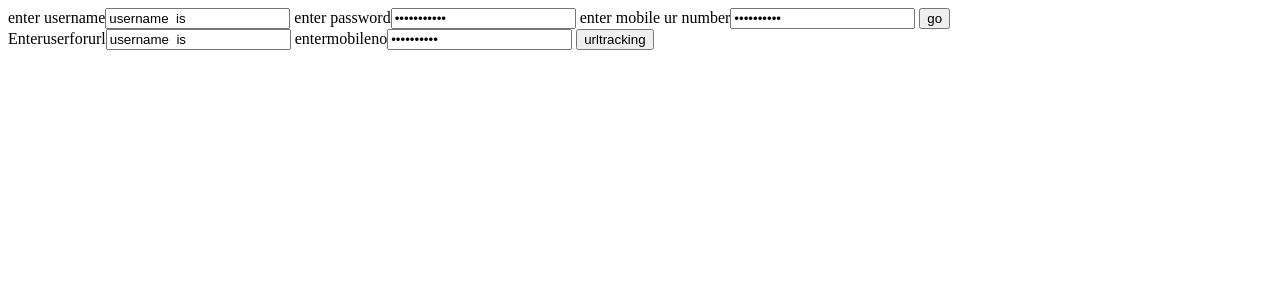
Repository: heenasalim/Java_Script
Page: HtttpSession/WebContent/LoginWithCookie.html
An editor plug-in stored every save of this project. The page is shown before and after the next save, followed by the edit.
The browser window is 1280 px wide. The pictures show the whole page.

Above is the page before, as saved 2015-10-14 09:27:20.

After the next save:
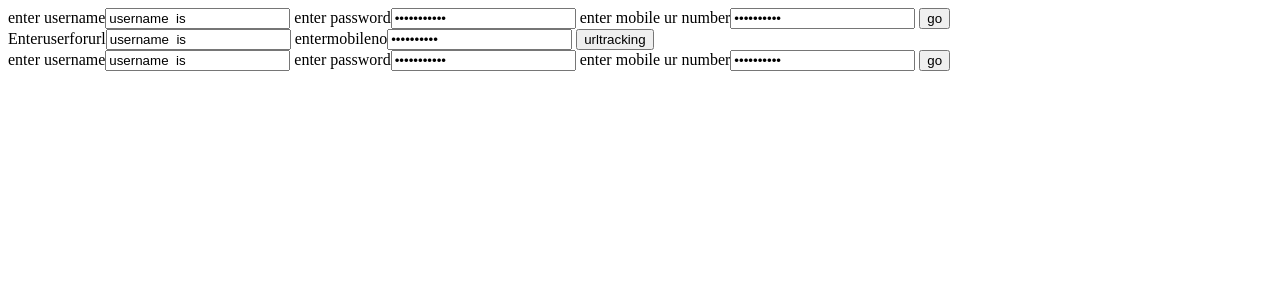
Saved 32 s later.
--- a/HtttpSession/WebContent/LoginWithCookie.html
+++ b/HtttpSession/WebContent/LoginWithCookie.html
@@ -16,5 +16,11 @@ Enteruserforurl<input  type="text"   name="user"  value="username  is"/>
 entermobileno<input  type="password"   name="mob"   value="9075890920"/>
 <input  type="submit"    name= "submit"   value="urltracking"/>
 </form>
+<form  action="Cookie1"  method="post">
+enter  username<input  type="text"   name="user"   value="username  is"/>
+enter   password<input  type="password"  name="pass"   value="enter  pass"  />
+enter  mobile   ur  number<input  type="password"  name="mob"   value="mobile  no"  />
+<input type="submit"  name=submit   value="go"  />
+</form>
 </body>
 </html>
